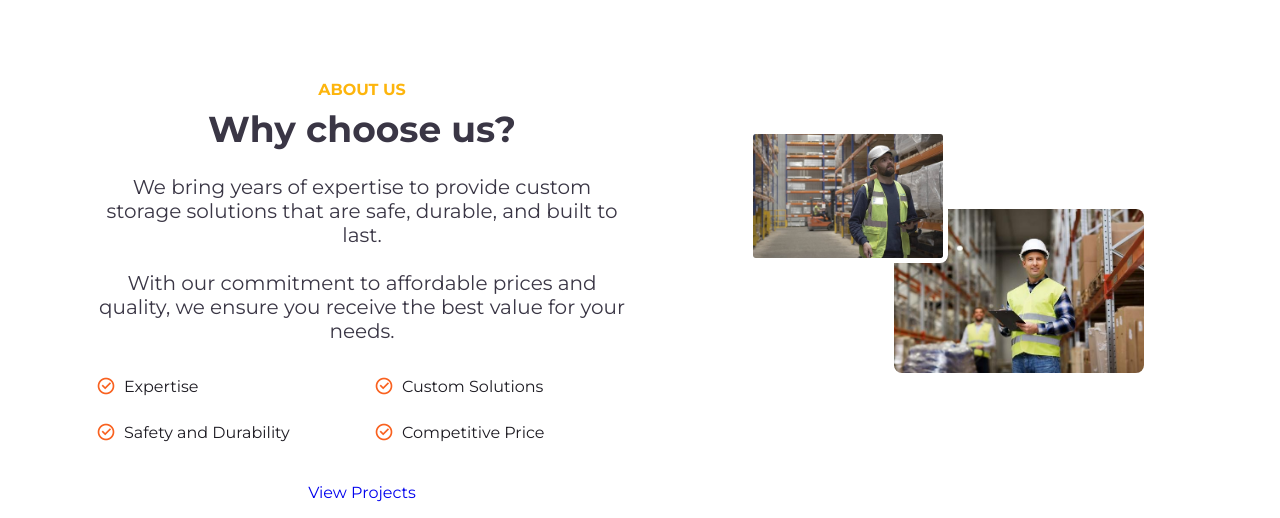
Repository: jahatesu/shelves-and-storage-equipment
Page: index.html
The author's editor kept a copy of each file at every save. The page is drawn from the files as they stood at one save, then again after the next save.
The browser window is 1280 px wide. The pictures show the part of the page from y = 720 to 1238 px (the page is 1238 px tall).
Backgrounds fixed to the window are drawn as part of the page. Some web fonts or font styles are not loaded; a fallback is used.

Above is the page before, as saved 2025-01-08 15:50:31.
Console error: TypeError: Cannot read properties of null (reading 'querySelector')

After the next save:
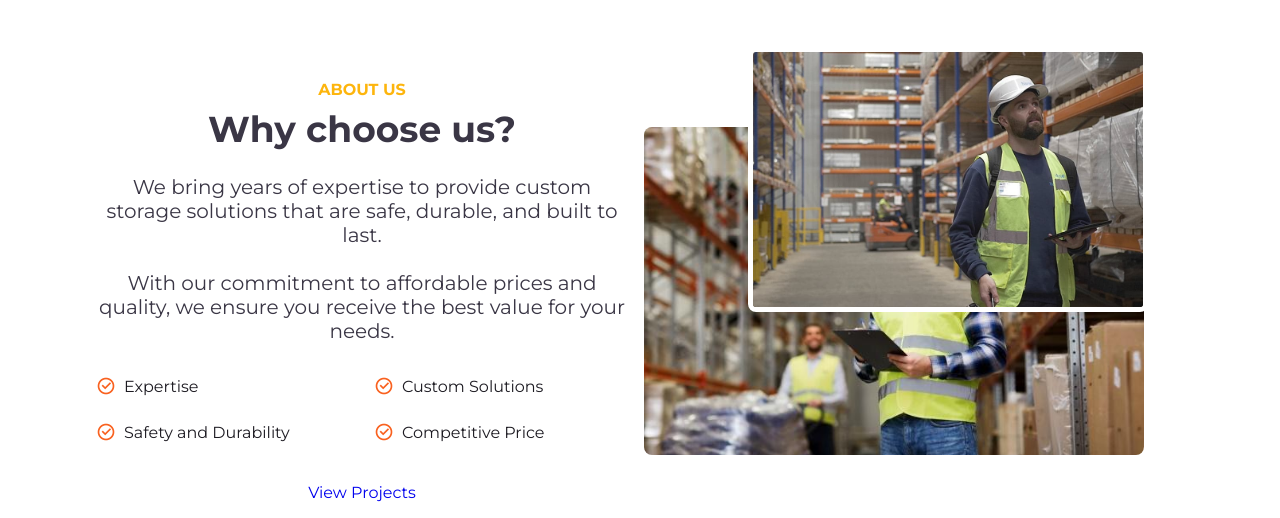
Saved 67 s later.
--- a/style.css
+++ b/style.css
@@ -320,6 +320,7 @@
 }
 
 /* About Section */
+/* About Section */
 .container {
     max-width: 1120px;
     margin: 0 auto;
@@ -399,7 +400,7 @@
 }
 
 .about_img1 {
-    width: 200px;
+    width: 300px; /* Increased size */
     border: 5px solid var(--body-color);
     position: absolute;
     top: -5rem;
@@ -407,7 +408,7 @@
 }
 
 .about_img2 {
-    width: 250px;
+    width: 350px; /* Increased size */
     margin-right: 2.5rem;
 }
 
@@ -421,4 +422,12 @@
     .about_images {
         justify-content: flex-end;
     }
-}
+
+    .about_img1 {
+        width: 400px; /* Adjusted size for larger screens */
+    }
+
+    .about_img2 {
+        width: 500px; /* Adjusted size for larger screens */
+    }
+}

After the save that followed:
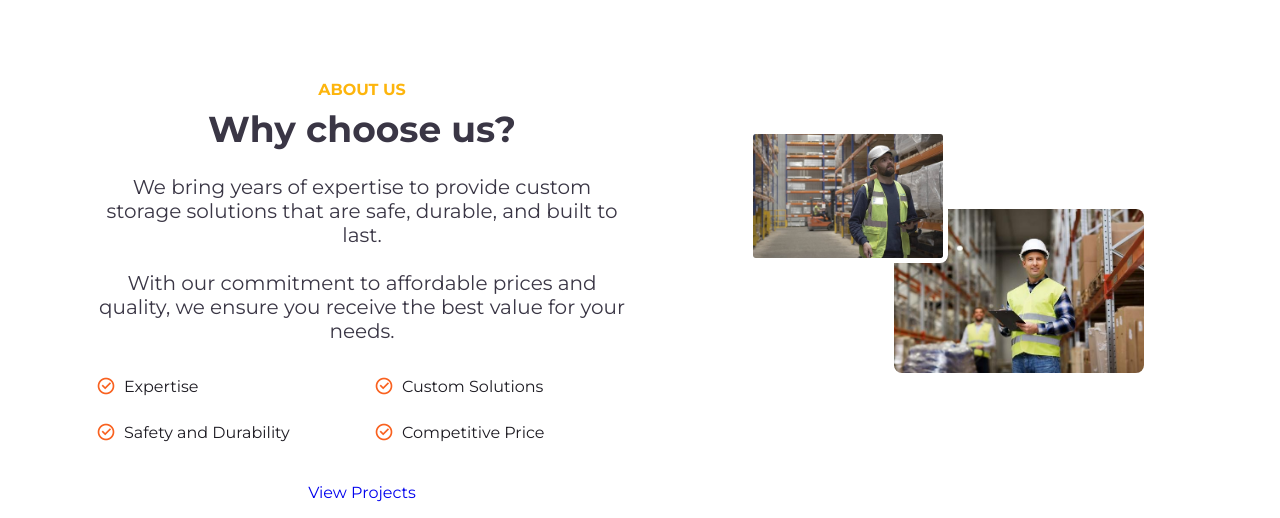
Saved 24 s later.
--- a/style.css
+++ b/style.css
@@ -320,7 +320,6 @@
 }
 
 /* About Section */
-/* About Section */
 .container {
     max-width: 1120px;
     margin: 0 auto;
@@ -400,7 +399,7 @@
 }
 
 .about_img1 {
-    width: 300px; /* Increased size */
+    width: 200px;
     border: 5px solid var(--body-color);
     position: absolute;
     top: -5rem;
@@ -408,7 +407,7 @@
 }
 
 .about_img2 {
-    width: 350px; /* Increased size */
+    width: 250px;
     margin-right: 2.5rem;
 }
 
@@ -422,12 +421,4 @@
     .about_images {
         justify-content: flex-end;
     }
-
-    .about_img1 {
-        width: 400px; /* Adjusted size for larger screens */
-    }
-
-    .about_img2 {
-        width: 500px; /* Adjusted size for larger screens */
-    }
-}
+}
